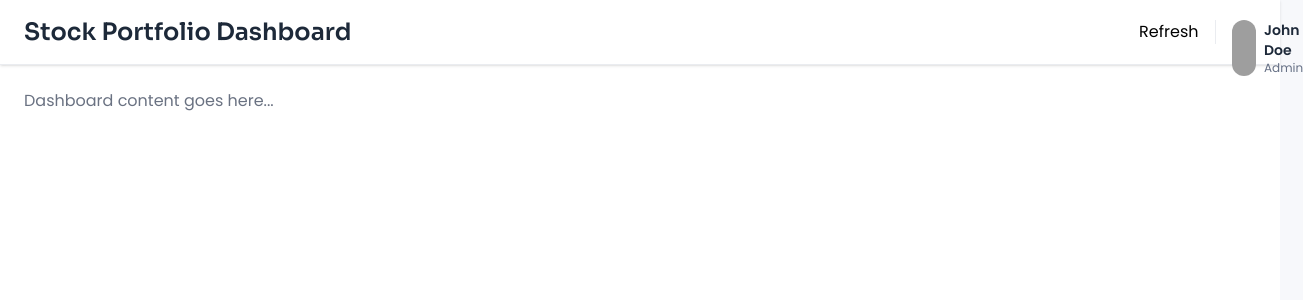
Repository: jabir12-12/inten-project
Page: /
An editor plug-in stored every save of this project. The page is shown before and after the next save, followed by the edit.
The browser window is 1280 px wide. The page is 1303 px wide, then 1280 px, then 1303 px, so the pictures cover 1303 px, including what lies to the right of the window. The pictures show the whole page.
Pictures or frames that could not be fetched are drawn as grey boxes. The project was rebuilt for these pictures with package versions that can differ from the ones it lists, and the page was loaded fresh each time. The framework's server and built-in components were replaced by stand-ins that run in the browser. Also part of the build but not shown: next.config.ts.

Above is the page before, as saved 2025-05-17 13:07:27.

### src/pages/index.tsx
'use client';
import React from 'react';
import Image from 'next/image';
export default function Home() {
  return (
    <div className="bg-white w-full h-screen flex flex-col">
      {/* header */}
      <div className="flex justify-between px-6 py-4 bg-white border-b border-[#EAECF0] shadow-sm items-center">
        <h1 className="text-[#1D2939] font-semibold text-2xl">Stock Portfolio Dashboard</h1>
        <div className="flex items-center gap-4">
          <button className="hover:text-blue-500 transition-colors">Refresh</button>
          <div className="bg-[#EAECF0] h-6 w-[1.5px]"></div>
          <div className="relative w-6 h-6">
            <div className='flex flex-row gap-2'>
              <Image
                src="/images/Ellipse1534-2.png"
                alt="User profile"
                width={24}
                height={24}
                className="rounded-full"
              />
              <div className='flex flex-col justify-center'>
                <span className="text-[#1D2939] text-sm font-semibold">John Doe</span>
                <span className="text-[#667085] text-xs">Admin</span>
              </div>
            </div>

          </div>
        </div>
      </div>

      {/* Main content area placeholder */}
      <div className="flex-1 p-6">
        <p className="text-gray-500">Dashboard content goes here...</p>
      </div>
    </div>
  );
}

### src/styles/globals.css
@import url('https://fonts.googleapis.com/css2?family=Poppins:wght@400;500;600&family=Inter:wght@400;500;600&family=Sora:wght@400;500;600;700;800&display=swap');
@import url('https://fonts.googleapis.com/css2?family=Inter:wght@400;700&display=swap');

@import "tailwindcss";

body {
  background-color: #f7f8fb;
  margin: 0;
  padding: 0;
  font-family: 'Poppins', sans-serif;
  justify-content: center;
  align-items: center;
  height: 100vh;
}

.video-js .vjs-playback-rate {
  font-size: 10px;
  transform: translateY(12px);
  /* Moves the button down by 10px */

}

.heading .head {
  font-family: 'Sora', sans-serif;
  font-size: 24px;
  /* Example size */
  font-weight: 700;
}

/* Example for other headings if needed */
h1,
h2,
h3,
h4,
h5,
h6 {
  font-family: 'Sora', sans-serif;
}

h3 {
  font-size: 18px;
  font-weight: 600;
}

/* Ensure that other text elements use Poppins */
p,
span,
div {
  font-family: 'Poppins', sans-serif;
}

.button {
  outline: none;
}

/* Custom scrollbar styles */

::-webkit-scrollbar {
  width: 7px;
  height: 7px;
}

::-webkit-scrollbar-thumb {
  background-color: rgba(234, 236, 240, 1);
  ;

  border-radius: 100px;
}

::-webkit-scrollbar-track {
  background: "white";

}

/* THIS IS FOR TEXT-EDITOR IN DISSCUSSION TAB --------------------------*/
.custom-quill .ql-container {
  border: none !important;
  /* Remove the border from the container */
}

.custom-quill .ql-editor {
  border: none !important;
  /* Ensure no border around the editor */
}

.custom-quill:focus {
  outline: none;
  /* Remove outline on focus */
}

.custom-quill .ql-editor {
  font-size: 16px;
  /* Set text size to 16px */
  font-family: 'Poppins', sans-serif;
  font-style: normal;
  /* Use the Poppins font */

}

.custom-quill .ql-editor:empty::before {

  /* Show placeholder */
  color: #667085;
  /* Placeholder color */
  font-family: 'Poppins', sans-serif;
  font-style: normal;
  /* Poppins font for placeholder */
  font-size: 16px;
  /* Placeholder size */
  position: absolute;
  /* Position it absolutely */
  left: 10px;
  /* Adjust according to your padding */
  top: 10px;
  /* Adjust according to your padding */
  pointer-events: none;
  /* Prevent interaction */
}

.custom-quill .ql-editor:focus::before {
  display: none;
  /* Hide placeholder on focus */
}

/* -------------------------------------------------- */
/* FOR TOOLTIP FOR TEST PAGE ONLY ->learn Tab */


.tooltipText {
  position: absolute;
  color: white;
  bottom: 125%;
  /* Position above the button */
  left: 50%;
  /* Center horizontally */
  transform: translateX(-50%);
  /* Adjust to center the tooltip */

  z-index: 3;
  background-color: #131313;
  box-shadow: 0 5px 10px rgba(0, 0, 0, 0.3);
  padding: 6px 14px;
  /* Padding inside the tooltip */
  width: 204px;
  /* Fixed width */
  height: auto;
  /* Hug content (height grows with content) */
  min-height: 78px;
  /* Minimum height */
  font-size: 15px;
  font-weight: 400;
  border-radius: 5px;
  white-space: normal;
  /* Allow text wrapping for longer content */
  opacity: 0;
  pointer-events: none;
  transition: all 0.4s ease;
}

.tooltip:hover .tooltipText {
  opacity: 1;
  pointer-events: auto;
  transform: translate(-50%, -10px);
  /* Move tooltip slightly up on hover */
}

.drawer-overlay {
  background-color: transparent !important;
  /* Makes the overlay transparent */
}

/* magic.module.css */
.customCheckbox input[type="checkbox"]:checked {
  background-color: #9012FF;
  border-color: #9012FF;
}

/* Add this to your global CSS file */
.ql-container .ql-editor img {
  cursor: pointer;
}

.image-resizer {
  border: 1px dashed #999;
  position: absolute;
}

.image-resizer .resize-handle {
  background-color: #fff;
  border: 1px solid #999;
  height: 8px;
  width: 8px;
  position: absolute;
}

.image-resizer .resize-handle.se {
  bottom: -5px;
  right: -5px;
  cursor: se-resize;
}

.image-resizer .resize-handle.sw {
  bottom: -5px;
  left: -5px;
  cursor: sw-resize;
}

.image-resizer .resize-handle.ne {
  top: -5px;
  right: -5px;
  cursor: ne-resize;
}

.image-resizer .resize-handle.nw {
  top: -5px;
  left: -5px;
  cursor: nw-resize;
}


@layer base {
  :root {
    --radius: 0.5rem;
    --chart-1: 12 76% 61%;
    --chart-2: 173 58% 39%;
    --chart-3: 197 37% 24%;
    --chart-4: 43 74% 66%;
    --chart-5: 27 87% 67%;
  }

  .dark {
    --chart-1: 220 70% 50%;
    --chart-2: 160 60% 45%;
    --chart-3: 30 80% 55%;
    --chart-4: 280 65% 60%;
    --chart-5: 340 75% 55%;
  }
}

Loaded but not shown: src/pages/_app.tsx (common file); src/pages/_document.tsx (common file)

After the next save:
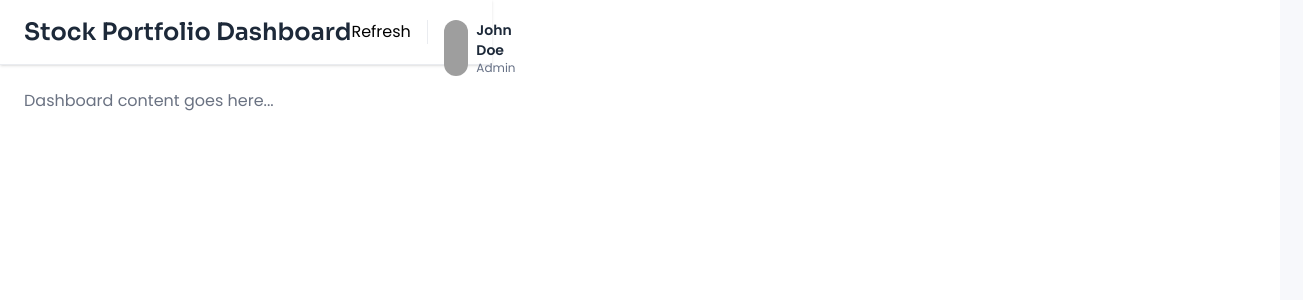
Saved 3 min 25 s later.
--- a/src/pages/index.tsx
+++ b/src/pages/index.tsx
@@ -5,7 +5,7 @@
   return (
     <div className="bg-white w-full h-screen flex flex-col">
       {/* header */}
-      <div className="flex justify-between px-6 py-4 bg-white border-b border-[#EAECF0] shadow-sm items-center">
+      <div className="flex justify-between px-6 py-4 bg-white border-b border-[#EAECF0] shadow-sm items-center w-fit">
         <h1 className="text-[#1D2939] font-semibold text-2xl">Stock Portfolio Dashboard</h1>
         <div className="flex items-center gap-4">
           <button className="hover:text-blue-500 transition-colors">Refresh</button>

After the save that followed:
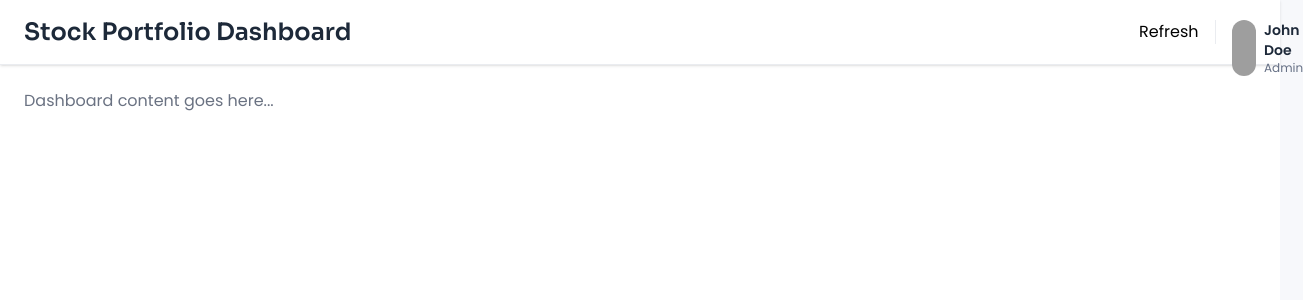
Saved 12 s later.
--- a/src/pages/index.tsx
+++ b/src/pages/index.tsx
@@ -5,7 +5,7 @@
   return (
     <div className="bg-white w-full h-screen flex flex-col">
       {/* header */}
-      <div className="flex justify-between px-6 py-4 bg-white border-b border-[#EAECF0] shadow-sm items-center w-fit">
+      <div className="flex justify-between px-6 py-4 bg-white border-b border-[#EAECF0] shadow-sm items-center w-full">
         <h1 className="text-[#1D2939] font-semibold text-2xl">Stock Portfolio Dashboard</h1>
         <div className="flex items-center gap-4">
           <button className="hover:text-blue-500 transition-colors">Refresh</button>
